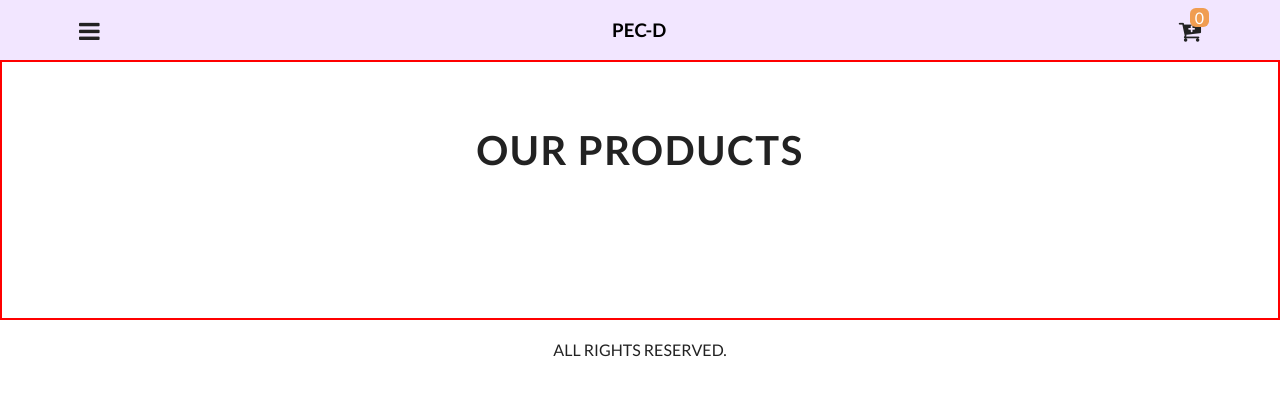
Repository: CHIR4G7/PEC-D
Page: http://localhost/
The author's editor kept a copy of each file at every save. The page is drawn from the files as they stood at one save, then again after the next save.
The browser window is 1280 px wide. The pictures show the whole page.
The page is served by the project's Node server (app.js).

Above is the page before, as saved 2023-07-08 00:45:34.

### public/index.html
<!DOCTYPE html>
<html lang="en">

<head>
    <meta charset="UTF-8">
    <meta http-equiv="X-UA-Compatible" content="IE=edge">
    <meta name="viewport" content="width=device-width, initial-scale=1.0">
    <title>PEC-D</title>
    <link rel="stylesheet" href="https://cdnjs.cloudflare.com/ajax/libs/font-awesome/4.7.0/css/font-awesome.min.css">
    <link rel="stylesheet" href="css/style.css">
</head>

<body>
    <!-- navabr -->
    <nav class="navbar">
        <div class="navbar-center">
            <span class="nav-icon">
                <i class="fa fa-bars"></i>
            </span>
            <!-- <img src="/images/logo.svg" alt="logo" class="sr"> -->
            <h3 class="logo-name">PEC-D</h3>
            <div class="cart-btn">
                <span class="nav-icon">
                    <i class="fa fa-cart-plus"></i>
                </span>
                <div class="cart-items">0</div>
            </div>
        </div>
    </nav>
    <!-- end of navbar -->

    <!-- hero -->
    <!-- <header class="hero">
        <div class="banner">
            <h1 class="banner-title">FURNITURE COLLECTION</h1>
            <button class="banner-btn">SHOW NOW</button>
        </div>
    </header> -->
    <!-- end of hero -->

    <!-- products -->
    <section class="products">
         <div class="section-title">
            <h2>OUR PRODUCTS</h2>
        </div>
        <div class="products-center">
            <!-- single product -->

            <!-- PRODCUT DETIALS -->
            <!-- <article class="product">
                <div class="img-container">
                    <img src="/images/product-1.jpeg" alt="product" class="product-img">
                    <button class="bag-btn" data-id="1">
                        <i class="fa fa-shopping-cart"></i>
                        add to bag.
                    </button>
                </div>
                <h3>add name</h3>

            </article> -->
            <!-- THIS IS END OF PRODUCT DETIALS -->

            <!-- PRODCUT DETIALS -->
            <!-- <article class="product">
                <div class="img-container">
                    <img src="/images/product-8.jpeg" alt="product" class="product-img">
                    <button class="bag-btn" data-id="1">
                        <i class="fa fa-shopping-cart"></i>
                        add to bag.
                    </button>
                </div>
                <h3>TABLE</h3>
                <h4>$11.99</h4>
            </article> -->
            <!-- THIS IS END OF PRODUCT DETIALS -->

            <!-- PRODCUT DETIALS -->
            <!-- <article class="product">
                <div class="img-container">
                    <img src="/images/product-7.jpeg" alt="product" class="product-img">
                    <button class="bag-btn" data-id="1">
                        <i class="fa fa-shopping-cart"></i>
                        add to bag.
                    </button>
                </div>
                <h3>COUCH</h3>
                <h4>$42.99</h4>
            </article> -->
            <!-- THIS IS END OF PRODUCT DETIALS -->

            <!-- PRODCUT DETIALS -->
            <!-- <article class="product">
                <div class="img-container">
                    <img src="/images/product-2.jpeg" alt="product" class="product-img">
                    <button class="bag-btn" data-id="1">
                        <i class="fa fa-shopping-cart"></i>
                        add to bag.
                    </button>
                </div>
                <h3>KING PANEL BED</h3>
                <h4>$12.99</h4>
            </article> -->
            <!-- THIS IS END OF PRODUCT DETIALS -->

            <!-- PRODCUT DETIALS -->
            <!-- <article class="product">
                <div class="img-container">
                    <img src="/images/product-5.jpeg" alt="product" class="product-img">
                    <button class="bag-btn" data-id="1">
                        <i class="fa fa-shopping-cart"></i>
                        add to bag.
                    </button>
                </div>
                <h3>FRIDGE</h3>
                <h4>$34.99</h4>
            </article> -->
            <!-- THIS IS END OF PRODUCT DETIALS -->

            <!-- PRODCUT DETIALS -->
            <!-- <article class="product">
                <div class="img-container">
                    <img src="/images/product-6.jpeg" alt="product" class="product-img">
                    <button class="bag-btn" data-id="1">
                        <i class="fa fa-shopping-cart"></i>
                        add to bag.
                    </button>
                </div>
                <h3>DRESSER</h3>
                <h4>$22.99</h4>
            </article> -->
            <!-- THIS IS END OF PRODUCT DETIALS -->

            <!-- PRODCUT DETIALS -->
            <!-- <article class="product">
                <div class="img-container">
                    <img src="/images/product-3.jpeg" alt="product" class="product-img">
                    <button class="bag-btn" data-id="1">
                        <i class="fa fa-shopping-cart"></i>
                        add to bag.
                    </button>
                </div>
                <h3>TWIN PANEL BED</h3>
                <h4>$17.99</h4>
            </article> -->
            <!-- THIS IS END OF PRODUCT DETIALS -->

            <!-- PRODCUT DETIALS -->
            <!-- <article class="product">
                <div class="img-container">
                    <img src="/images/product-4.jpeg" alt="product" class="product-img">
                    <button class="bag-btn" data-id="1">
                        <i class="fa fa-shopping-cart"></i>
                        add to bag.
                    </button>
                </div>
                <h3>SINGLE PANEL BED</h3>
                <h4>$23.99</h4>
            </article> -->
            <!-- THIS IS END OF PRODUCT DETIALS -->
        </div>
    </section>
    <!-- end of products -->




    <!-- CART BEGINS -->
    <div class="cart-overlay">
        <div class="cart">
            <span class="close-cart">
                <i class="fa fa-window-close"></i>
            </span>
            <h2>YOUR CART</h2>
            <div class="cart-content">
                <!-- cart item -->
                <div class="cart-item">
                    <!-- <img src="/images/product-1.jpeg" alt="product">
                    <div>
                        <h4>QUEEN BED</h4>
                        <h5>$9.00</h5>
                        <span class="remove-item">Remove</span>
                    </div>
                    <div>
                        <i class="fa fa-chevron-up"></i>
                        <p class="item-amount">0</p>
                        <i class="fa fa-chevron-down"></i>
                    </div> -->
                </div>
                <!-- end of cart item -->

            </div>

            <div class="cart-footer">
                <h3>YOUR TOTAL : $ <span class="cart-total"></span></h3>
                <button class="clear-cart banner-btn">CLEAR CART</button>
            </div>

        </div>
    </div>
    <!-- CART ENDS -->
    <!-- FOOOTER -->
    <div class="footer">
        ALL RIGHTS RESERVED.
    </div>
    <!-- END OF THE FOOTER -->

    <script src="src/script.js"></script>
</body>

</html>

### app.js
import express from "express";
import bodyParser from "body-parser";

const app = express();
const port = 5002;
app.use(express.static("public"))
app.use(bodyParser.urlencoded({extended:true}));
app.set("view engine","ejs");


app.get("/",(request,response)=>
{
    response.sendFile("/Users/chirag/Desktop/PEC D/public/index.html");
})

app.listen(port,()=>
{
    console.log("server working");
})

### public/css/style.css
@import url("https://fonts.googleapis.com/css?family=Lato:400,700");


/* creating variables */
:root {
    --primaryColor: #f09d51;
    --mainWhite: #fff;
    --mainBlack: #222;
    --mainGrey: #ececec;
    --mainSpacing: 0.1rem;
    --mainTransition: all 0.3s linear;
}

/* resetting elements */
* {
    margin: 0;
    padding: 0;
    box-sizing: border-box;
}


body {
    color: var(--mainBlack);
    background: var(--mainWhite);
    font-family: "Lato", sans-serif;
}


/* navbar */
.navbar {
    position: sticky;
    top: 0;
    height: 60px;
    width: 100%;
    display: flex;
    align-items: center;
    background: #f2e6ff;
    z-index: 1;
}

.logo-name
{
    color: black;
}

.navbar-center {
    width: 100%;
    max-width: 1170px;
    margin: 0 auto;
    display: flex;
    align-items: center;
    justify-content: space-between;
    padding: 0 1.5rem;
}

.nav-icon {
    font-size: 1.5rem;
}

.cart-btn {
    position: relative;
    cursor: pointer;
}

.cart-items {
    position: absolute;
    top: -8px;
    right: -8px;
    background: var(--primaryColor);
    padding: 0 5px;
    border-radius: 30%;
    color: var(--mainWhite);
}

/* hero */
.hero {
    min-height: calc(100vh - 60px);
    background: url("./images/bg-3.jpg") center/cover no-repeat;
    display: flex;
    align-items: center;
    justify-content: center;
  }
  .banner {
    text-align: center;
    background: #f2e6ff;
    display: inline-block;
    padding: 2rem;
  }
  .banner-title {
    font-size: 3.4rem;
    text-transform: uppercase;
    letter-spacing: var(--mainSpacing);
    margin-bottom: 3rem;
  }
  .banner-btn {
    padding: 1rem 3rem;
    text-transform: uppercase;
    letter-spacing: var(--mainSpacing);
    font-size: 1rem;
    background: #9999FF;
    color: var(--mainBlack);
    border: 1px solid var(--primaryColor);
    transition: var(--mainTransition);
    cursor: pointer;
  }
  .banner-btn:hover {
    background: transparent;
    color: var(--primaryColor);
  }


  /* products */
  .products {
    padding: 4rem 0;
    border: 2px solid red;
  }
  .section-title h2 {
    text-align: center;
    font-size: 2.5rem;
    margin-bottom: 5rem;
    text-transform: capitalize;
    letter-spacing: var(--mainSpacing);
  }
  .products-center {
    width: 90vw;
    margin: 0 auto;
    max-width: 1170px;
    display: grid;
    grid-template-columns: repeat(auto-fit, minmax(260px, 1fr));
    grid-column-gap: 1.5rem;
    grid-row-gap: 2rem;
  }
  .img-container {
    position: relative;
    overflow: hidden;
  }
  .bag-btn {
    position: absolute;
    top: 70%;
    right: 0;
    background: var(--primaryColor);
    border: none;
    text-transform: uppercase;
    padding: 0.5rem 0.75rem;
    letter-spacing: var(--mainSpacing);
    font-weight: bold;
    transition: var(--mainTransition);
    transform: translateX(101%);
    cursor: pointer;
  }
  .bag-btn:hover {
    color: var(--mainWhite);
  }
  .fa-shopping-cart {
    margin-right: 0.5rem;
  }
  .img-container:hover .bag-btn {
    transform: translateX(0);
  }
  .product-img {
    display: block;
    width: 100%;
    min-height: 12rem;
    transition: var(--mainTransition);
  }
  .img-container:hover .product-img {
    opacity: 0.5;
  }

  .product
  {
    border: 2px solid blue;
  }

  .product h3 {
    text-transform: capitalize;
    font-size: 1.1rem;
    margin-top: 1rem;
    letter-spacing: var(--mainSpacing);
    text-align: center;
  }

  .product h4 {
    margin-top: 0.7rem;
    letter-spacing: var(--mainSpacing);
    color: var(--primaryColor);
    text-align: center;
  }


  /* cart */
  .cart-overlay {
    position: fixed;
    top: 0;
    right: 0;
    width: 100%;
    height: 100%;
    transition: var(--mainTransition);
    background: rgb(240, 157, 81, 0.5);
    z-index: 2;
    visibility: hidden;
  }
  .cart {
    position: fixed;
    top: 0;
    right: 0;
    width: 100%;
    height: 100%;
    overflow: scroll;
    z-index: 3;
    background: rgb(231, 226, 221);
    padding: 1.5rem;
    transition: var(--mainTransition);
    transform: translateX(100%);
  }
  .showCart {
    transform: translateX(0);
  }
  .transparentBcg {
    visibility: visible;
  }
  @media screen and (min-width: 768px) {
    .cart {
      width: 30vw;
      min-width: 450px;
    }
  }

  .close-cart {
    font-size: 1.7rem;
    cursor: pointer;
  }
  .cart h2 {
    text-transform: capitalize;
    text-align: center;
    letter-spacing: var(--mainSpacing);
    margin-bottom: 2rem;
  }
  /*---------- Cart Item -------------------- */
  .cart-item {
    display: grid;
    align-items: center;
    grid-template-columns: auto 1fr auto;
    grid-column-gap: 1.5rem;
    margin: 1.5rem 0;
  }
  .cart-item img {
    width: 75px;
    height: 75px;
  }
  .cart-item h4 {
    font-size: 0.85rem;
    text-transform: capitalize;
    letter-spacing: var(--mainSpacing);
  }
  .cart-item h5 {
    margin: 0.5rem 0;
    letter-spacing: var(--mainSpacing);
  }
  .item-amount {
    text-align: center;
  }
  .remove-item {
    color: black;
    cursor: pointer;
  }
  .fa-chevron-up,
  .fa-chevron-down {
    color: var(--primaryColor);
    cursor: pointer;
  }
  /*---------- End of Cart Item -------------------- */

  .cart-footer {
    margin-top: 2rem;
    letter-spacing: var(--mainSpacing);
    text-align: center;
  }
  .cart-footer h3 {
    text-transform: capitalize;
    margin-bottom: 1rem;
  }


  /* FOOTER */
  .footer
  {
    position: relative;
    text-align: center;
    top: 20px;
  }

### public/src/script.js


const productsDOM = document.querySelector('.products-center');

let shoparray = [];//ISME SAAARI KI SAARI DETAILS PADI HAIN PRODUCT K

class Shops{

    async getProducts() {
        try {
            let result = await fetch('./shops.json');
            let data = await result.json();

            //destructuring
            const shopsArray = data.shops.map(shop => ({ id: shop.id, name: shop.sname, image: shop.image}));

            return shopsArray;
        }
        catch (error) {
            console.log("r");
        }
    }

};

class display
{
    displayShops(shops)
    {
    //    shops.forEach((shop)=>
    //    {

    //    })

    }
};





//displaying the products

function displayProducts(shoparray)
{
    let result = '';
    shoparray.forEach(product => {
        // result += `      <article class="product">
        // <div class="img-container">
        //     <img src="/images/product-1.jpeg" alt="product" class="product-img">
        //     <button class="bag-btn" data-id=${product.id}>
        //         <i class="fa fa-shopping-cart"></i>
        //         add to bag.
        //     </button>
        // </div>
        // <h3>${product.name}</h3>`;
        console.log(product);
    })
    productsDOM.innerHTML = result;
}


    // console.log(shoparray);

    // till here
    document.addEventListener("DOMContentLoaded", () => {
        //when dom loads get the product info stored in an array SHOPSARRAY
        // (async function () {
        //     try {
        //         const shopsarray = await getProducts();
        //         shopsarray.forEach((e) => {
        //             shoparray.push(e);
        //         })
        //     }
        //     catch (error) {
        //         console.log(error);
        //     }
        // })();
        // console.log(shoparray);
        // displayProducts(shoparray);
        const shops = new Shops();
        const displaying = new display();

        shops.getProducts().then(products=>
            {
                displaying.displayShops(products);
            })

    })

### public/shops.json
{
    "shops" :
    [
        {
            "id" : 1,
            "sname" : "DeshRaj Sweets",
            "image" : "public/images/product-1.jpeg"
        },
        {
            "id" : 2,
            "sname" : "Anna",
            "image" : "public/images/product-1.jpeg"
        },
        {
            "id" : 3,
            "sname" : "Combo",
            "image" : "public/images/product-1.jpeg"
        },
        {
            "id" : 4,
            "sname" : "Forks and Knives",
            "image" : "public/images/product-1.jpeg"
        },
        {
            "id" : 5,
            "sname" : "Pandit",
            "image" : "public/images/product-1.jpeg"
        },
        {
            "id" : 6,
            "sname" : "Yankess",
            "image" : "public/images/product-1.jpeg"
        }
    ]
}

After the next save:
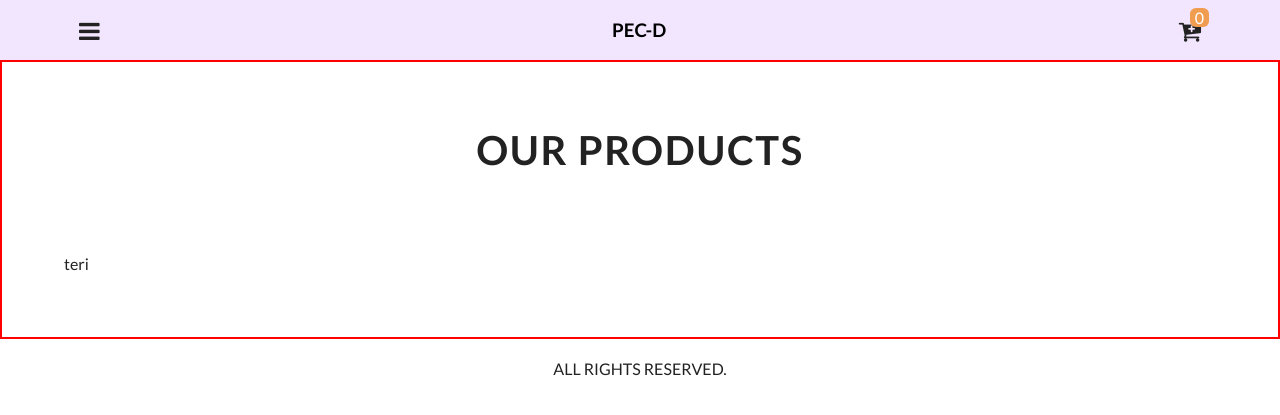
Saved 10 s later.
--- a/public/src/script.js
+++ b/public/src/script.js
@@ -31,7 +31,7 @@
     //    {
 
     //    })
-
+    productsDOM.innerHTML = "teri";
     }
 };
 

After the save that followed:
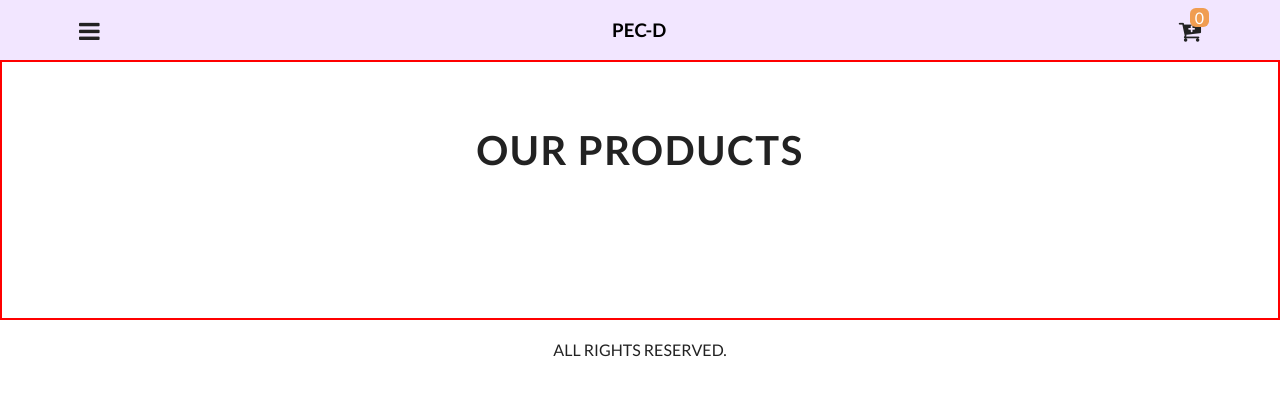
Saved 8 s later.
--- a/public/src/script.js
+++ b/public/src/script.js
@@ -31,7 +31,7 @@
     //    {
 
     //    })
-    productsDOM.innerHTML = "teri";
+    // productsDOM.innerHTML = "teri";
     }
 };
 
